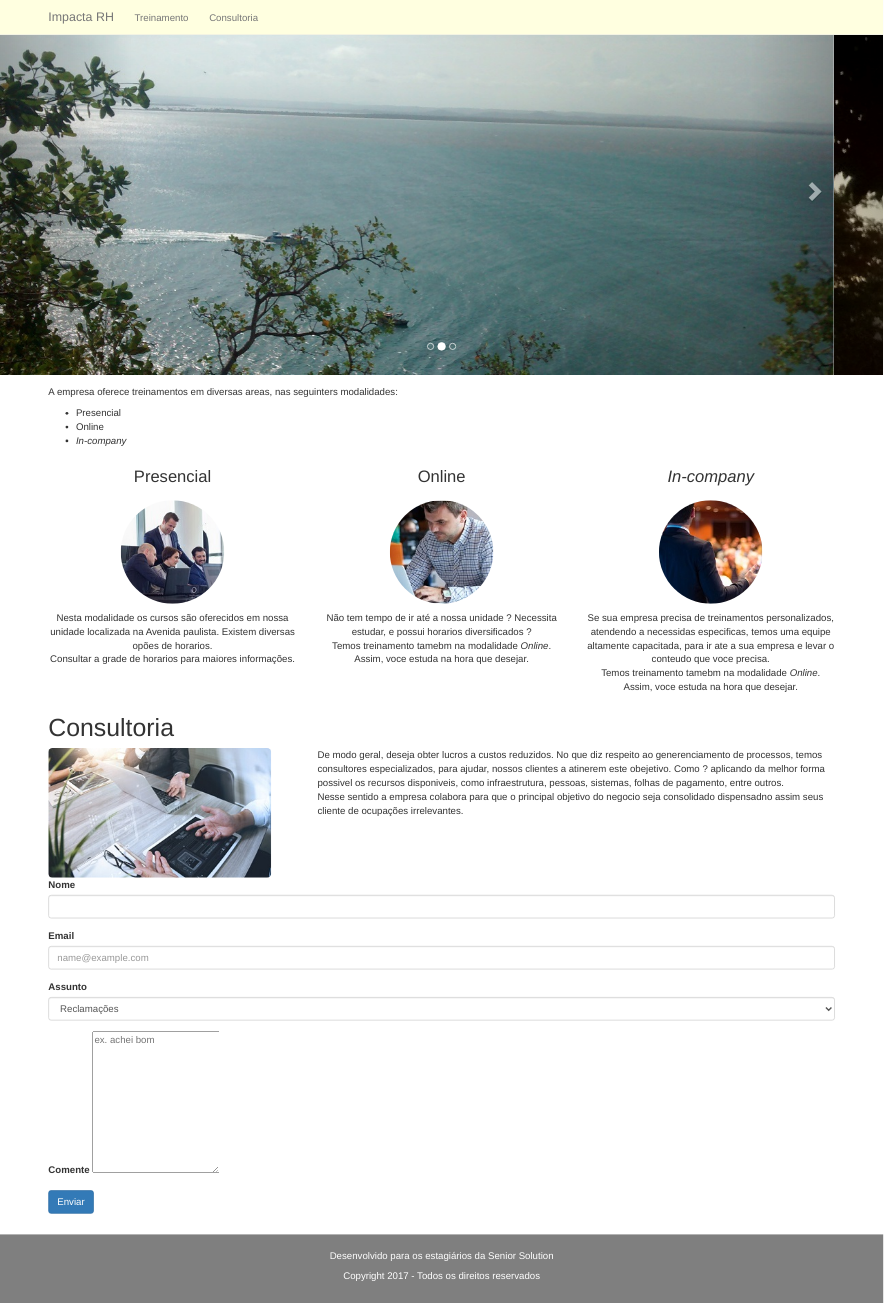
Repository: NicholasMaestrello/treinamento-impacta
Page: DesenvolvimentoJava/Modulo06/02_EmpresaRH/WebContent/produtos.html
These files come from the project's save history. The page is drawn as it stood at one moment and after a run of saves; the edit follows.
The browser window is 1280 px wide. The page is 1295 px wide, so the pictures cover 1295 px, including what lies to the right of the window. The pictures show the whole page, at 69% of full size.
Some web libraries are served in a nearby version.

Above is the page before, as saved 2017-10-20 18:55:59.

### DesenvolvimentoJava/Modulo06/02_EmpresaRH/WebContent/produtos.html
<!DOCTYPE html>
<html>
<head>
<meta charset=UTF-8>
<meta name="viewport" content="width=device-width, initial-scale=1.0">
<title>Apresentação dos Produtos</title>
<link rel="stylesheet"
	href="https://maxcdn.bootstrapcdn.com/bootstrap/3.3.7/css/bootstrap.min.css">
<link rel="stylesheet" href="css/produtos.css">
</head>
<body>
	<nav class="navbar navbar-default navbar-fixed-top"
		style="background-color: lightyellow;">
		<div class="container">
			<div class="navbar-header">
				<button type="button" class="navbar-toggle" data-toggle="collapse"
					data-target=".navbar-collapse">
					<span class="icon-bar"></span> <span class="icon-bar"></span> <span
						class="icon-bar"></span>
				</button>
				<a class="navbar-brand" href="#">Impacta RH</a>
			</div>

			<div class="navbar-collapse collapse">
				<ul class="nav navbar-nav">
					<li><a href="#treinamento">Treinamento</a></li>
					<li><a href="#consultoria">Consultoria</a></li>
				</ul>
			</div>
		</div>
	</nav>

	<div class="row">
		<div class="col-xs-12">
			<div id="slides" class="carousel slide" data-ride="carousel">
				<ol class="carousel-indicators">
					<li data-target="#slides" data-slide-to="0" class="active"></li>
					<li data-target="#slides" data-slide-to="1"></li>
					<li data-target="#slides" data-slide-to="2"></li>
				</ol>

				<!-- conteudo dos slides -->
				<div class="carousel-inner" role="listbox">
					<div class="item active">
						<img src="imagens/carousel01.jpg" />
					</div>
					<div class="item">
						<img src="imagens/carousel02.jpg" />
					</div>
					<div class="item">
						<img src="imagens/carousel03.jpg" />
					</div>
				</div>

				<a class="left carousel-control" href="#slides" role="button"
					data-slide="prev"><span
					class="glyphicon glyphicon-chevron-left" aria-hidden="true"></span>
					<span class="sr-only">Anterior</span> </a> <a
					class="right carousel-control" href="#slides" role="button"
					data-slide="next"><span
					class="glyphicon glyphicon-chevron-right" aria-hidden="true"></span>
					<span class="sr-only">Próxima</span> </a>
			</div>
			<div class="container body-content clearfix">
				<section id="treinamento">
					<p>A empresa oferece treinamentos em diversas areas, nas
						seguinters modalidades:</p>
					<ul>
						<li>Presencial</li>
						<li>Online</li>
						<li><i>In-company</i></li>
					</ul>

					<div class="row center-image">
						<div class="col-md-4">
							<h3>Presencial</h3>
							<img src="imagens/curso-presencial.jpg"
								class="img-circle margin-image" />
							<p>
								Nesta modalidade os cursos são oferecidos em nossa unidade
								localizada na Avenida paulista. Existem diversas opões de
								horarios. <br /> Consultar a grade de horarios para maiores
								informações.
							</p>
						</div>
						<div class="col-md-4">
							<h3>Online</h3>
							<img src="imagens/curso-online.jpg"
								class="img-circle margin-image" />
							<p>
								Não tem tempo de ir até a nossa unidade ? Necessita estudar, e
								possui horarios diversificados ? <br /> Temos treinamento
								tamebm na modalidade <i>Online</i>. Assim, voce estuda na hora
								que desejar.
							</p>
						</div>
						<div class="col-md-4">
							<h3>
								<i>In-company</i>
							</h3>
							<img src="imagens/curso-incompany.jpg"
								class="img-circle margin-image" />
							<p>
								Se sua empresa precisa de treinamentos personalizados, atendendo
								a necessidas especificas, temos uma equipe altamente capacitada,
								para ir ate a sua empresa e levar o conteudo que voce precisa. <br />
								Temos treinamento tamebm na modalidade <i>Online</i>. Assim,
								voce estuda na hora que desejar.
							</p>
						</div>
					</div>
				</section>
				<section id="consultoria">
					<h1>Consultoria</h1>
					<div class="row">
						<div class="col-md-4">
							<img src="imagens/consultoria.jpg" class="img-rounded">
						</div>
						<div class="col-md-8">
							<p>
								De modo geral, deseja obter lucros a custos reduzidos. No que
								diz respeito ao generenciamento de processos, temos consultores
								especializados, para ajudar, nossos clientes a atinerem este
								obejetivo. Como ? aplicando da melhor forma possivel os recursos
								disponiveis, como infraestrutura, pessoas, sistemas, folhas de
								pagamento, entre outros.<br /> Nesse sentido a empresa colabora
								para que o principal objetivo do negocio seja consolidado
								dispensadno assim seus cliente de ocupações irrelevantes.
							</p>
						</div>
					</div>
				</section>
				<section id="contato">
					<form>
						<div class="form-group">
							<label for="nome">Nome</label> <input type="email"
								class="form-control" id="nome" name="nome" />
						</div>
						<div class="form-group">
							<label for="email">Email</label> <input type="email" class="form-control" id="email" name="email" placeholder="name@example.com">
						</div>
						<div class="form-group">
							<label for="assunto">Assunto</label>
							<select class="form-control" id="assunto"></select>
						</div>
						<div class="form-group">
							<label for="comentario">Comente</label>
							<textarea rows="10" cols="20" id="comentario" placeholder="ex. achei bom"></textarea>
						</div>
						<div class="form-group">
							<button id="enviar" class="btn btn-primary">Enviar</button>
						</div>
					</form>
				</section>
			</div>
			<div class="footer">
				<p>Desenvolvido para os estagiários da Senior Solution</p>
				<p>Copyright 2017 - Todos os direitos reservados</p>
			</div>
		</div>
	</div>

	<script type="text/javascript"
		src="https://code.jquery.com/jquery-3.2.1.min.js"></script>
	<script
		src="https://maxcdn.bootstrapcdn.com/bootstrap/3.3.7/js/bootstrap.min.js"></script>
		<script src="./main.js" type="text/javascript"></script>
</body>
</html>

### DesenvolvimentoJava/Modulo06/02_EmpresaRH/WebContent/css/produtos.css
.carousel-inner > .item >img{
	position: relative;
	min-width: 100%;
	min-height: 100%;
}

.body-content {
	clear: both;
	padding: 15px;
}

.center-image{
	text-align: center;
}

.margin-image{
	margin: 10px;
}

.footer{
	bottom:0;
	width: 100%;
	text-align: center;
	padding: 20px;
	background-color: #7F7F7F;
	color: white;
}

### DesenvolvimentoJava/Modulo06/02_EmpresaRH/WebContent/main.js
$(document).ready(function(){

	let assuntos = [
		{codigo: 0, descricao: 'Reclamações'},
		{codigo: 1, descricao: 'Informações'},
		{codigo: 3, descricao: 'Pedido'}
	]

	assuntos.forEach(function(element, index, array){
		$("#assunto").append($("<option>", {
			value: element.codigo,
			text: element.descricao
		}))
	})

	let nome = $("#nome").val()
	let email = $("#email").val()
	let assunto = $("#assunto").val()
	let comentario = $("#comentario").val()

	$("#enviar").click(function(){
		let chat = {nome, email, assunto, comentario}
		alert()
	})
})

After the next 2 saves:
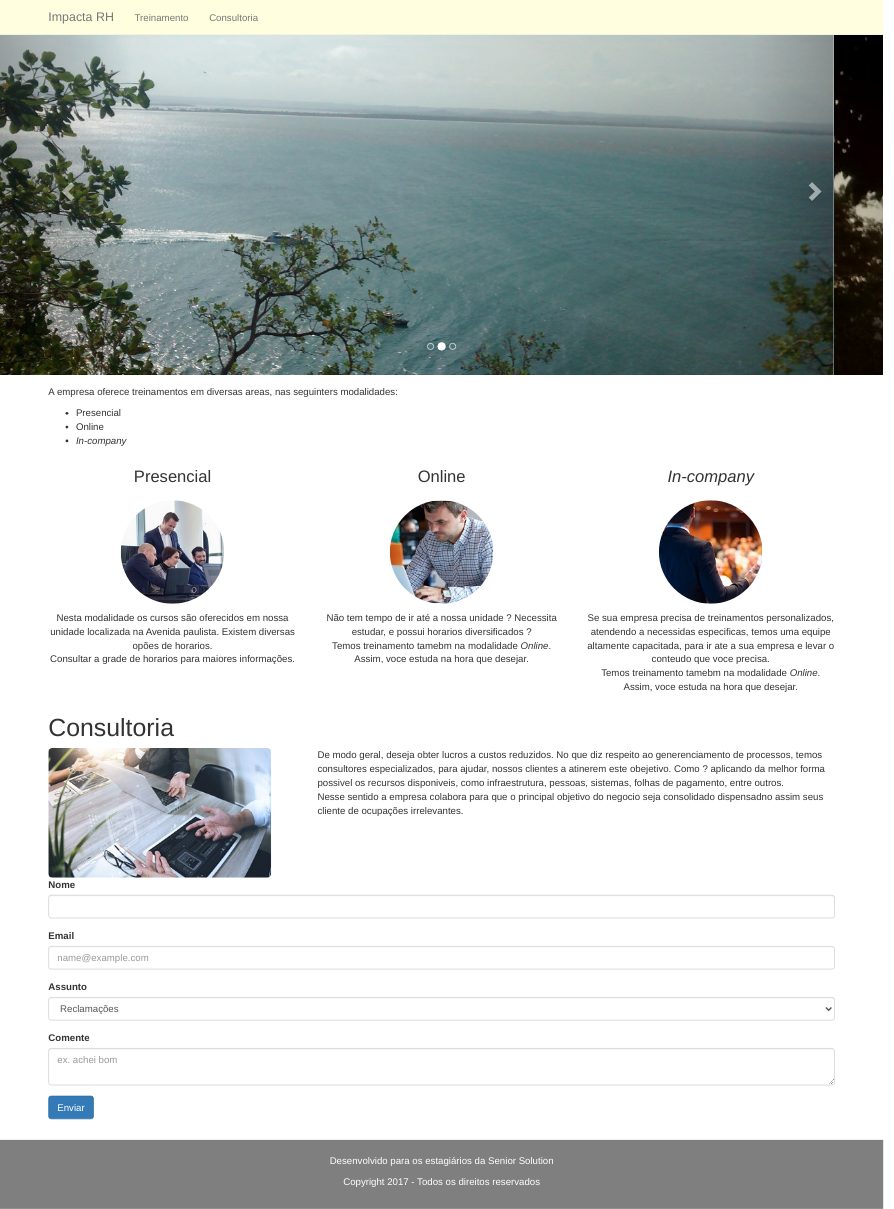
The 2 saves are shown as one change because they came seconds apart.
The last was saved 36 s later.
--- a/DesenvolvimentoJava/Modulo06/02_EmpresaRH/WebContent/produtos.html
+++ b/DesenvolvimentoJava/Modulo06/02_EmpresaRH/WebContent/produtos.html
@@ -145,7 +145,7 @@
 						</div>
 						<div class="form-group">
 							<label for="comentario">Comente</label>
-							<textarea rows="10" cols="20" id="comentario" placeholder="ex. achei bom"></textarea>
+							<textarea class="form-control" id="comentario" placeholder="ex. achei bom"></textarea>
 						</div>
 						<div class="form-group">
 							<button id="enviar" class="btn btn-primary">Enviar</button>
